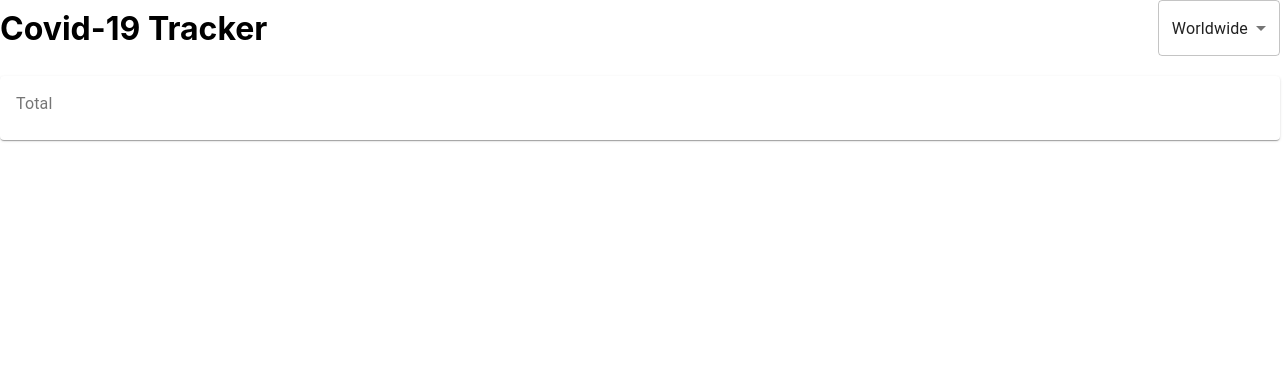
Repository: aashajo/covid-tracker-app-react
Page: /
These files come from the project's save history. The page is drawn as it stood at one moment and after the next save; the edit follows.
The browser window is 1280 px wide. The page is 1288 px wide, so the pictures cover 1288 px, including what lies to the right of the window. The pictures show the whole page.
The page's requests for data from a server got no answer. The project was rebuilt for these pictures with package versions that can differ from the ones it lists, and the page was loaded fresh each time. No one was signed in, and anything a server would have sent is missing.

Above is the page before, as saved 2020-08-25 20:31:58.

### src/App.js
import React, { useState, useEffect } from "react";
import {
  MenuItem,
  FormControl,
  Select,
  Card,
  CardContent,
} from "@material-ui/core";
import "./App.css";
import Infobox from "./Infobox";

function App() {
  const [countries, setCountries] = useState([]); //State --> Variable declaration in React
  const [country, setCountry] = useState("worldwide");
  useEffect(() => {
    //useEffect --> Code inside useEffect will run once when the component loads and not againRuns a set of code based on given condition
    const getCountriesData = async () => {
      //async - send a req, wait for it then do somthing
      await fetch("https://disease.sh/v3/covid-19/countries")
        .then((response) => response.json())
        .then((data) => {
          const countries = data.map((country) => ({
            name: country.country, // United States, United Kingdom
            value: country.countryInfo.iso2, // UK, USA, FR
          }));
          setCountries(countries);
        });
    };
    getCountriesData();
  }, []);

  const onCountryChange = async (e) => {
    const countryCode = e.target.value;

    setCountry(countryCode);
  }

  return (
    <div className="app">
      {/* Header - Title and Input */}
      <div className="app_header">
        <h1> Covid-19 Tracker </h1>

        <FormControl className="app_dropdown">
          <Select variant="outlined" onChange= {onCountryChange} value={country}>
            <MenuItem value="worldwide">Worldwide</MenuItem>
            {/* Loop thru countries for dropdown */}
            {countries.map((country) => (
              <MenuItem value={country.value}>{country.name}</MenuItem>
            ))}
          </Select>
        </FormControl>
      </div>

      {/* Info Box */}
      <div className="app_stats">
              <Infobox />
      </div>

      {/* Table */}

      {/* Graph */}

      {/* Map */}
    </div>
  );
}

export default App;

### src/App.css
* {
  margin: 0;
}

.app_header {
  display: flex;
  align-items: center;
  margin-bottom: 20px;
  justify-content: space-between;
}

### src/Infobox.js
import React from "react";
import { Card, CardContent, Typography } from "@material-ui/core";

function Infobox({ title, cases, total }) {
  return (
    <Card>
      <CardContent>
        <Typography className="infobox_title" color="textSecondary">{title}</Typography>

        <h2 className="infobox_cases">{cases}</h2>

        <Typography className="infobox_total" color="textSecondary">{total} Total</Typography>
      </CardContent>
    </Card>
  );
}

export default Infobox;

Loaded but not shown: public/index.html (common file); src/index.js (common file); src/index.css (common file); src/serviceWorker.js (common file)

After the next save:
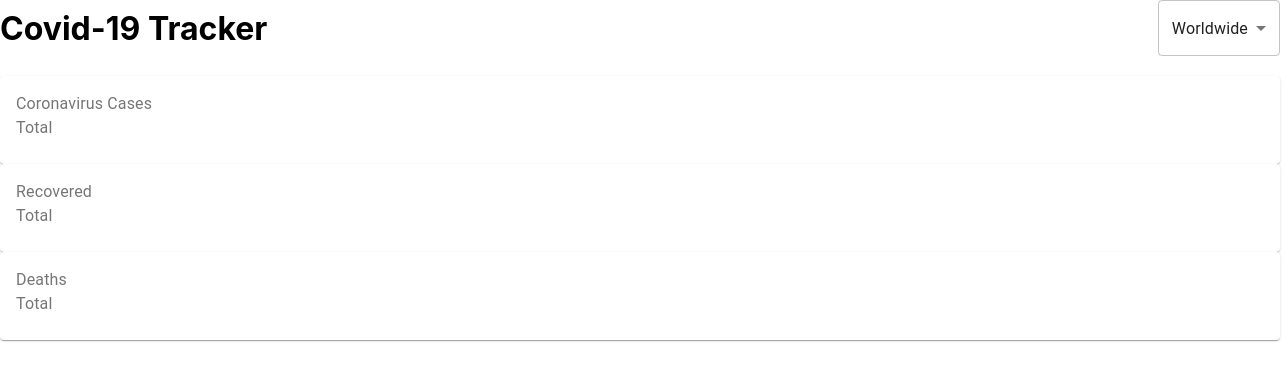
Saved 58 min 38 s later.
--- a/src/App.js
+++ b/src/App.js
@@ -54,7 +54,9 @@ function App() {
 
       {/* Info Box */}
       <div className="app_stats">
-              <Infobox />
+              <Infobox title="Coronavirus Cases"/>
+              <Infobox title="Recovered"/>
+              <Infobox title="Deaths"/>
       </div>
 
       {/* Table */}
